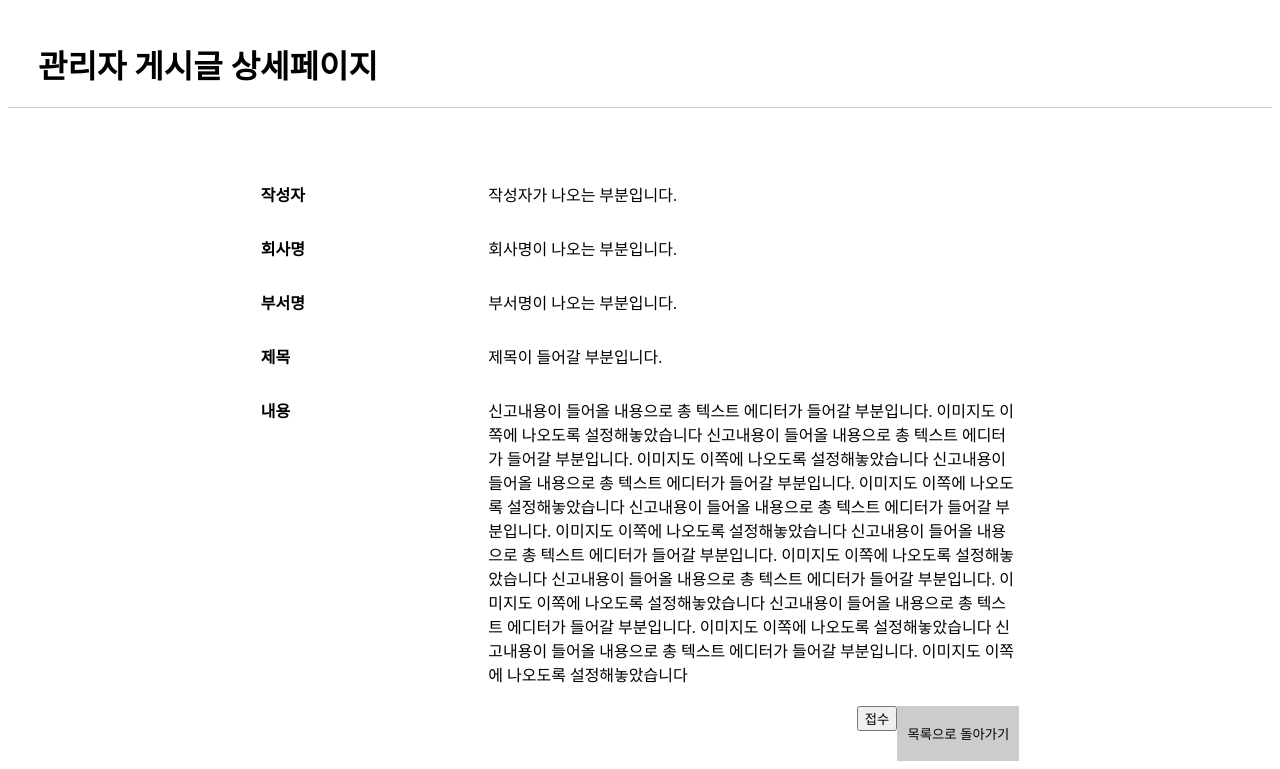
Repository: thdtjdgml415/exVoc
Page: /AdminView/1
An editor plug-in stored every save of this project. The page is shown before and after the next save, followed by the edit.
The browser window is 1280 px wide. The pictures show the whole page.
The project was rebuilt for these pictures with package versions that can differ from the ones it lists, and the page was loaded fresh each time. Also part of the build but not shown: src/components/table/CommonTable.css, src/components/table/CommonTable.js, src/components/table/CommonTableColumn.js, src/components/table/CommonTableRow.js, src/components/table/CommonTableWriteBtn.js, src/Page/PostList.js, src/Page/PostMain.js, src/Page/PostView.js and 4 more.

Above is the page before, as saved 2023-01-13 16:04:04.

### public/index.html
<!DOCTYPE html>
<html lang="en">
<head>
  <meta charset="UTF-8">
  <meta http-equiv="X-UA-Compatible" content="IE=edge">
  <meta name="viewport" content="width=device-width, initial-scale=1.0">
  <title>게시판</title>
</head>
<body>
  <div id="root"></div>
</body>
</html>

### src/App.js
import { BrowserRouter, Routes,  Route } from 'react-router-dom';
import PostMain from './Page/PostMain';
import PostView from './Page/PostView';
import Registration from './Page/Registration';
import AdminList from './Page/AdminList';
import AdminView from './Page/AdminView';

function App() {
  return (
    <div className='App'>
      <BrowserRouter>
        <Routes>
          <Route path='/' element={<Registration/>}/>
          <Route path='/postView/:no' element={<PostView/>}/>
          <Route path='/PostMain' element= {<PostMain/>}/>
          <Route path='/Page/AdminList' element= {<AdminList/>}/>
          <Route path='/AdminView/:no' element= {<AdminView/>}/>
        </Routes>
      </BrowserRouter>
    </div>
  )
}

export default App;

### src/Page/AdminView.js
import React, { useEffect, useState } from 'react';
import { useNavigate, useParams } from 'react-router';
import { getPostByNo } from '../Data';
import './Post.css'
import '../components/modal/common.css'
import AcceptModal from '../components/modal/AcceptModal'


const AdminView = ({ }) => {
  const [ data, setData ] = useState({});
  const navigator = useNavigate();
  const { no } = useParams();

  const [adminViewModal, setAdminViewModal] = useState(false);

  const openModal = () => {
    setAdminViewModal(true);
  };
  const closeModal = () => {
    setAdminViewModal(false);
  };

    useEffect(() => {
      setData(getPostByNo(no));
    }, [ ]);

  return (
    <>
      <h1>관리자 게시글 상세페이지</h1>
      <div className="post-view-wrapper">
          <>
            <div className="post-view-row">
              <label>작성자</label>
              <label>작성자가 나오는 부분입니다.</label>
            </div>
            <div className="post-view-row">
              <label>회사명</label>
              <label>회사명이 나오는 부분입니다.</label>
            </div>
            <div className="post-view-row">
              <label>부서명</label>
              <label>부서명이 나오는 부분입니다.</label>
            </div>
            <div className="post-view-row">
              <label>제목</label>
              <label>제목이 들어갈 부분입니다.</label>
            </div>
            <div className="post-view-row">
              <label>내용</label>
              <label>
                신고내용이 들어올 내용으로 총 텍스트 에디터가 들어갈 부분입니다. 이미지도 이쪽에 나오도록 설정해놓았습니다
                신고내용이 들어올 내용으로 총 텍스트 에디터가 들어갈 부분입니다. 이미지도 이쪽에 나오도록 설정해놓았습니다
                신고내용이 들어올 내용으로 총 텍스트 에디터가 들어갈 부분입니다. 이미지도 이쪽에 나오도록 설정해놓았습니다
                신고내용이 들어올 내용으로 총 텍스트 에디터가 들어갈 부분입니다. 이미지도 이쪽에 나오도록 설정해놓았습니다
                신고내용이 들어올 내용으로 총 텍스트 에디터가 들어갈 부분입니다. 이미지도 이쪽에 나오도록 설정해놓았습니다
                신고내용이 들어올 내용으로 총 텍스트 에디터가 들어갈 부분입니다. 이미지도 이쪽에 나오도록 설정해놓았습니다
                신고내용이 들어올 내용으로 총 텍스트 에디터가 들어갈 부분입니다. 이미지도 이쪽에 나오도록 설정해놓았습니다
                신고내용이 들어올 내용으로 총 텍스트 에디터가 들어갈 부분입니다. 이미지도 이쪽에 나오도록 설정해놓았습니다
              </label>
            </div>
          </>
        <div className='post-view-btn-wrap'>
          <React.Fragment>
              <div className="btn">
                <button className="registBtn__admin" onClick={openModal}>
                  접수
                </button>
                <AcceptModal open={adminViewModal} close={closeModal}>
                  접수하시겠습니까?
                </AcceptModal>
              </div>
          </React.Fragment>
          <button className="post-view-go-list-btn" onClick={() => navigator(-1)}>목록으로 돌아가기</button>
        </div>
      </div>
    </>
  )
}

export default AdminView;

### src/Data.js
const postList = [
    {
        "no": 1,
        "title": "첫번째 게시글입니다.",
        "content": "첫번째 게시글 내용입니다.",
        "createDate": "2023-01-12"
      },
      {
        "no": 2,
        "title": "두번째 게시글입니다.",
        "content": "두번째 게시글 내용입니다.",
        "createDate": "2023-01-12"
      },
      {
        "no": 3,
        "title": "세번째 게시글입니다.",
        "content": "세번째 게시글 내용입니다.",
        "createDate": "2023-01-12"
      },
      {
        "no": 4,
        "title": "네번째 게시글입니다.",
        "content": "네번째 게시글 내용입니다.",
        "createDate": "2023-01-12"
      },
      {
        "no": 5,
        "title": "다섯번째 게시글입니다.",
        "content": "다섯번째 게시글 내용입니다.",
        "createDate": "2023-01-12"
      },
]

const getPostByNo = no => {

    const array = postList.filter(x=>x.no===no);
    if(array.length == 1) {
        return array[1];
    }
    return null;
}

export {
    postList,
    getPostByNo
};

### src/Page/Post.css
.PostList-Wrap {
  padding-top: 10vw;

}

.post-view-wrapper {
    width: 60%;
    margin: 0 auto;
    margin-top: 5%;
  }
  .post-view-btn-wrap {
    display: flex;
    justify-content: flex-end;
  }
  .post-view-go-list-btn {
    border: 0;
    padding: 10px;
    background-color: #ccc;
  }

  .post-view-row {
    margin: 10px 0;
    display: flex;
  }

  .post-view-row > label:first-child {
    margin: 10px 0;
    width: 30%;
    font-weight: bold;
  }

  .post-view-row > *:nth-child(2) {
    margin: 10px 0;
    width: 70%;
  }

  .registBtn__admin {

  }

### src/components/modal/common.css
#container {
  display: flex;
  flex: 1;
  justify-content: center;
}

html {
  background-color: white;
}

h3 {
  padding: 0;
  -webkit-text-size-adjust: none;
}

h1 {
  padding: 20px 30px;

  border-bottom: 1px solid #ccc;

}

### src/Page/registration.css
.titleCon {
  margin-right: 25px;
}

.titleCon2 {
  margin-right: 10px;
}

.titleCon3 {
  margin-right: 42px;
}

.ck.ck-editor__editable:not(.ck-editor__nested-editable) {
  min-height: 400px;
  margin-bottom: 20px;
}

.btn {
  display: flex;
  justify-content: flex-end;
  margin-bottom: 30px;
}

.registBtn {
  margin-right: 10px;
}

.checkBtn {
  margin-left: 50px;
  margin-top: 30px;

}

.modalInput {
  margin-left: 20px;
}

.modalInput2 {
    margin-left: 6px;
  }

  .Post-write-wrap {
    display: flex;


  }
  .container__wrap {
    border: 1px solid #ccc;
    margin-left: 23%;
    padding: 10px 40px;
  }

### src/components/modal/AcceptModal.js
import React from "react";
import "../modal/modal.css";

const AcceptModal = (props) => {
  const { open, close } = props;

  return (
    <div className={open ? "openModal modal" : "modal"}>
      {open ? (
        <section>
          <main>{props.children}</main>
          <footer>
            <button className="ok">
             <a href="../../Page/AdminList" style={{color: 'white', textDecoration: 'none'}}>확인</a>
            </button>
            <button className="close" onClick={close}>
              취소
            </button>
          </footer>
        </section>
      ) : null}
    </div>
  );
};

export default AcceptModal;

### src/components/modal/modal.css
.modal {
  display: none;
  position: fixed;
  top: 0;
  right: 0;
  bottom: 0;
  left: 0;
  z-index: 99;
  background-color: rgba(0, 0, 0, 0.6);
}
.modal button {
  outline: none;
  cursor: pointer;
  border: 0;
}
.modal > section {
  width: 90%;
  max-width: 450px;
  margin: 0 auto;
  border-radius: 0.3rem;
  background-color: #fff;
  animation: modal-show 0.3s;
  overflow: hidden;
}

.modal > section > main {
  padding: 22px;
}
.modal > section > footer {
  padding: 18px 17px;
  text-align: right;
}
.modal > section > footer .close {
  padding: 6px 12px;
  color: #fff;
  background-color: #6c757d;
  border-radius: 5px;
  font-size: 13px;
}

.modal > section > footer .ok {
    padding: 6px 12px;
    color: #fff;
    background-color: #6c757d;
    border-radius: 5px;
    font-size: 13px;
    margin-right: 5px;
  }
.modal.openModal {
  display: flex;
  align-items: center;
  animation: modal-bg-show 0.3s;
}

Loaded but not shown: src/index.js (common file)

After the next save:
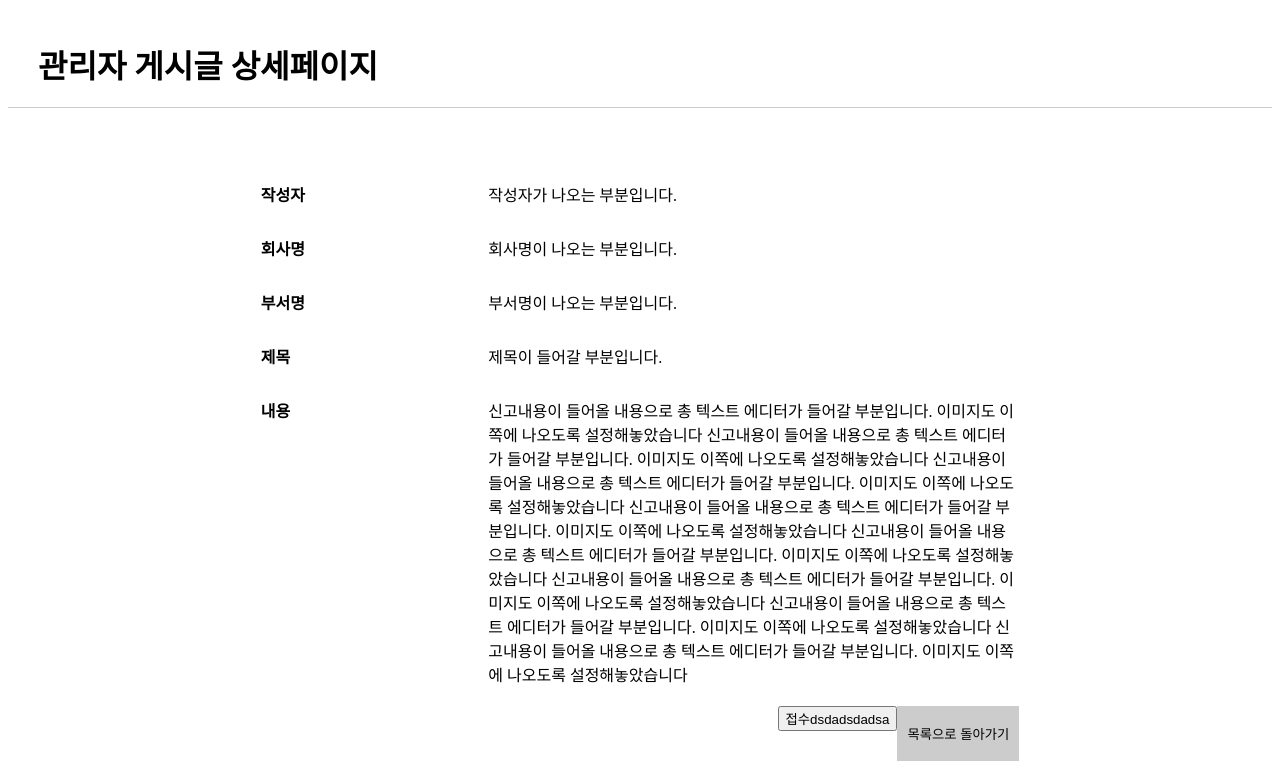
Saved 6 s later.
--- a/src/Page/AdminView.js
+++ b/src/Page/AdminView.js
@@ -63,7 +63,7 @@ const AdminView = ({ }) => {
           <React.Fragment>
               <div className="btn">
                 <button className="registBtn__admin" onClick={openModal}>
-                  접수
+                  접수dsdadsdadsa
                 </button>
                 <AcceptModal open={adminViewModal} close={closeModal}>
                   접수하시겠습니까?
